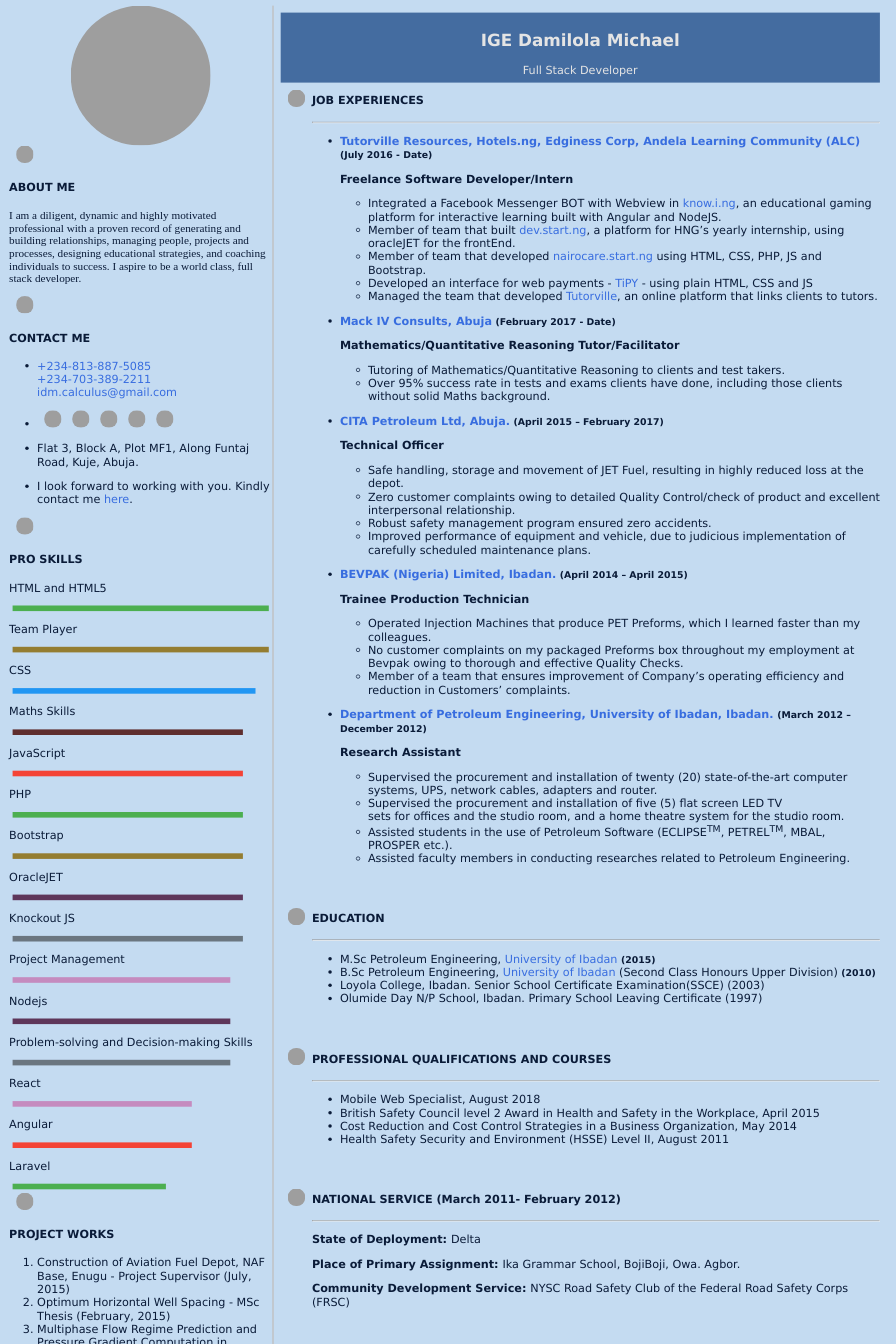
Repository: idmcalculus/DamilolaCV
Page: index.html
An editor plug-in stored every save of this project. The page is shown before and after the next save, followed by the edit.
The browser window is 1280 px wide. The pictures show the part of the page from y = 0 to 1920 px (the page is 2532 px tall before and 2573 px after), at 70% of full size.
Pictures or frames that could not be fetched are drawn as grey boxes.

Above is the page before, as saved 2019-11-28 21:57:09.

After the next save:
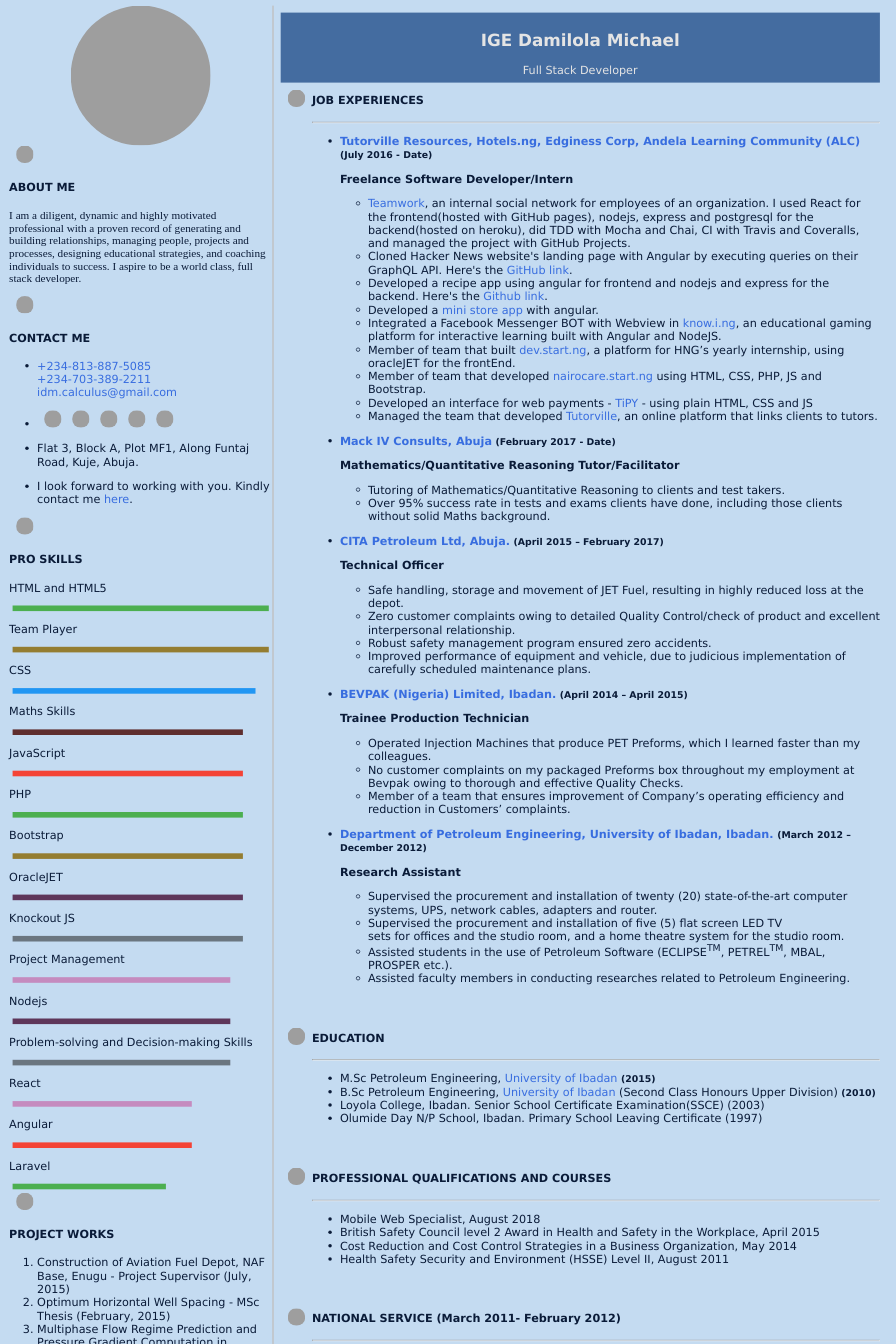
Saved 5 h 10 min later.
--- a/index.html
+++ b/index.html
@@ -239,6 +239,11 @@
                       <p>
                         <b>Freelance Software Developer/Intern</b>
                         <ul>
+                            <li><a href="https://idmcalculus.github.io/Teamwork-frontend/" target="_blank">Teamwork</a>, an internal social network for employees of an organization. I used React for the frontend(hosted with GitHub pages), nodejs, express and postgresql
+                              for the backend(hosted on heroku), did TDD with Mocha and Chai, CI with Travis and Coveralls, and managed the project with GitHub Projects.</li>
+                            <li>Cloned Hacker News website's landing page with Angular by executing queries on their GraphQL API. Here's the <a href="https://github.com/idmcalculus/Hacker-News" target="_blank">GitHub link</a>.</li>
+                            <li>Developed a recipe app using angular for frontend and nodejs and express for the backend. Here's the <a href="https://github.com/idmcalculus/recipes" target="_blank">Github link</a>.</li>
+                            <li>Developed a <a href="https://idmstore-2787.firebaseapp.com/" target="_blank">mini store app</a> with angular. </li>
                             <li>Integrated a Facebook Messenger BOT with Webview in <a href="https://know.i.ng/" target="_blank">know.i.ng</a>, an educational gaming platform for interactive learning built with Angular and NodeJS.</li>
                             <li>Member of team that built <a href="https://dev.start.ng/" target="_blank">dev.start.ng</a>, a platform for HNG’s yearly internship, using oracleJET for the frontEnd.</li>
                             <li>Member of team that developed <a href="https://nairocare.start.ng/" target="_blank">nairocare.start.ng</a> using HTML, CSS, PHP, JS and Bootstrap.</li>
